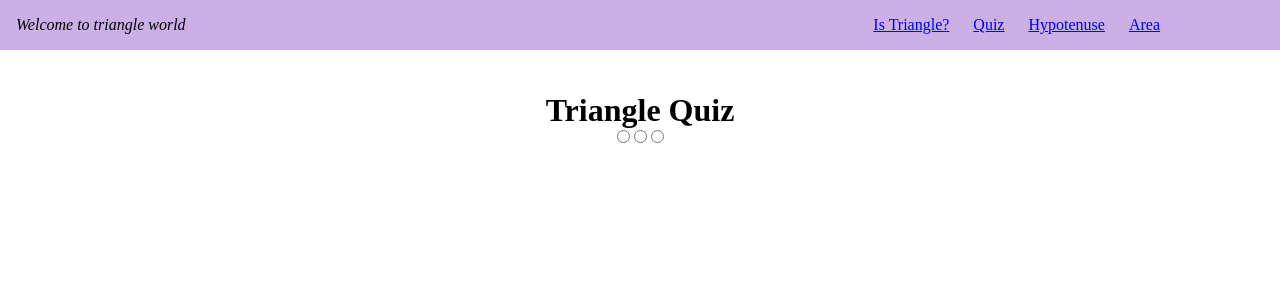
Repository: patelamancode/Fun-with-trianles
Page: quiz.html
The author's editor kept a copy of each file at every save. The page is drawn from the files as they stood at one save, then again after the next save.
The browser window is 1280 px wide. The pictures show the whole page.

Above is the page before, as saved 2022-11-28 18:52:55.
Console error: TypeError: Cannot read properties of null (reading 'addEventListener')

### quiz.html
<!DOCTYPE html>
<html lang="en">
<head>
    <meta charset="UTF-8">
    <meta http-equiv="X-UA-Compatible" content="IE=edge">
    <meta name="viewport" content="width=device-width, initial-scale=1.0">
    <link rel="stylesheet" href="index.css">
    <title>Quiz-page</title>
</head>
<body>
    <nav id="navbar">
        <p id="nav-title">Welcome to triangle world</p>
        <div id="nav-links">
            <a href="index.html" id="Is-triangle">Is Triangle?</a>
            <a href="quiz.html" id="Is-triangle">Quiz</a>
            <a href="hypotenuse.html" id="hypo">Hypotenuse</a>
            <a href="area.html" id="area">Area</a>
        </div>
    </nav>
    <div id="main-container">
        <h1>Triangle Quiz</h1>
        <form >
            <div>
                <p></p>
                <input type="radio">
                <input type="radio">
                <input type="radio">
            </div>
        </form>
    </div>
    <script src="index.js"></script>
</body>
</html>

### index.css
* {
  margin: 0;
  padding: 0;
}

#navbar {
  background-color: rgba(143, 82, 201, 0.459);
  display: flex;
  flex-direction: row;
  justify-content: space-between;
  padding: 1rem;
}
#nav-title {
  font-style: italic;
  font-weight: 300;
  font-size: medium;
}
#nav-links {
  display: flex;
  flex-direction: row;
  justify-content: space-around;
  margin-right: 5rem;
}

#nav-links a {
    display: flex;
    margin-right: 1.5rem;
    cursor: pointer;
}

#main-container {
  display: flex;
  flex-direction: column;
  width: 40vw;
  margin: auto;
  margin-top: 2rem;
  padding: 10px;
  text-align: center;
}

.app-title {
  margin: 2rem 0 0 0;
}

#error-check-for-angles{
  background-color: yellow;
  display: none;
  padding: 0.5rem;
}

label {
  margin-top: 2rem;
  margin-bottom: 0.3rem;
  text-align: left;
  font-family: monospace;
}
input {
  border: 2px solid rgb(134, 55, 207);
  border-radius: 5px;
  padding: 5px;
}
#check-btn {
  margin: auto;
  text-align: center;
  margin-top: 2rem;
  width: 40%;
  padding: 5px 0px;
  background-color: rgba(143, 82, 201, 0.521);
  border: 1px solid;
  border-radius: 5px;
}
#result-display {
    display: none;
    padding-top: 1rem;
    font-style: italic;
    margin: auto;
  }

### index.js
const angle1 = document.querySelector('#angle1-input');
const angle2 = document.querySelector('#angle2-input');
const angle3 = document.querySelector('#angle3-input');
const button = document.querySelector('#check-btn');
const output = document.querySelector('#result-display');
const errorForInputs = document.querySelector('#error-check-for-angles');

// function errorForInputs(msg){
//     errorForInputs.style.display = "flex";
//     errorForInputs.innerText = msg;
// }
function showOutputMessage(msg){
    output.style.display = "flex";
    output.innerText = msg;
}
// For Is triangle :
function calculateSumOfAngles(input1,input2,input3){
    const sumOfAngles = input1 +input2 +input3;
    if(sumOfAngles === 180){
        showOutputMessage("Yeah..🤗This is a triangle");
    }else {
        showOutputMessage("Please enter some valid inputs to form a triangle 🤪");
    }
}
function isTriangle(){
    var num1 = Number(angle1.value);
    var num2 = Number(angle2.value);
    var num3 = Number(angle3.value);
    if(!num1 || !num2 || !num3){
        console.log("Please make sure about all inputs as per mention format");
    }else {
        calculateSumOfAngles(num1,num3,num3);
    }
}

// For Quiz :





button.addEventListener('click', function(){
    isTriangle();
})

After the next save:
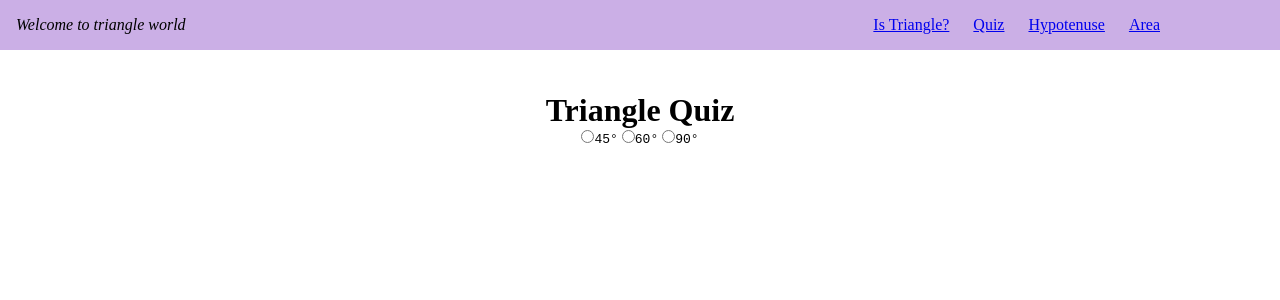
Saved 3 min 1 s later.
--- a/quiz.html
+++ b/quiz.html
@@ -22,9 +22,11 @@
         <form >
             <div>
                 <p></p>
-                <input type="radio">
-                <input type="radio">
-                <input type="radio">
+                <label for="value1"><input type="radio" />45°</label>
+                <label for="value2"><input type="radio" />60°</label>
+                <label for="value3"><input type="radio" />90°</label>
+
+
             </div>
         </form>
     </div>
